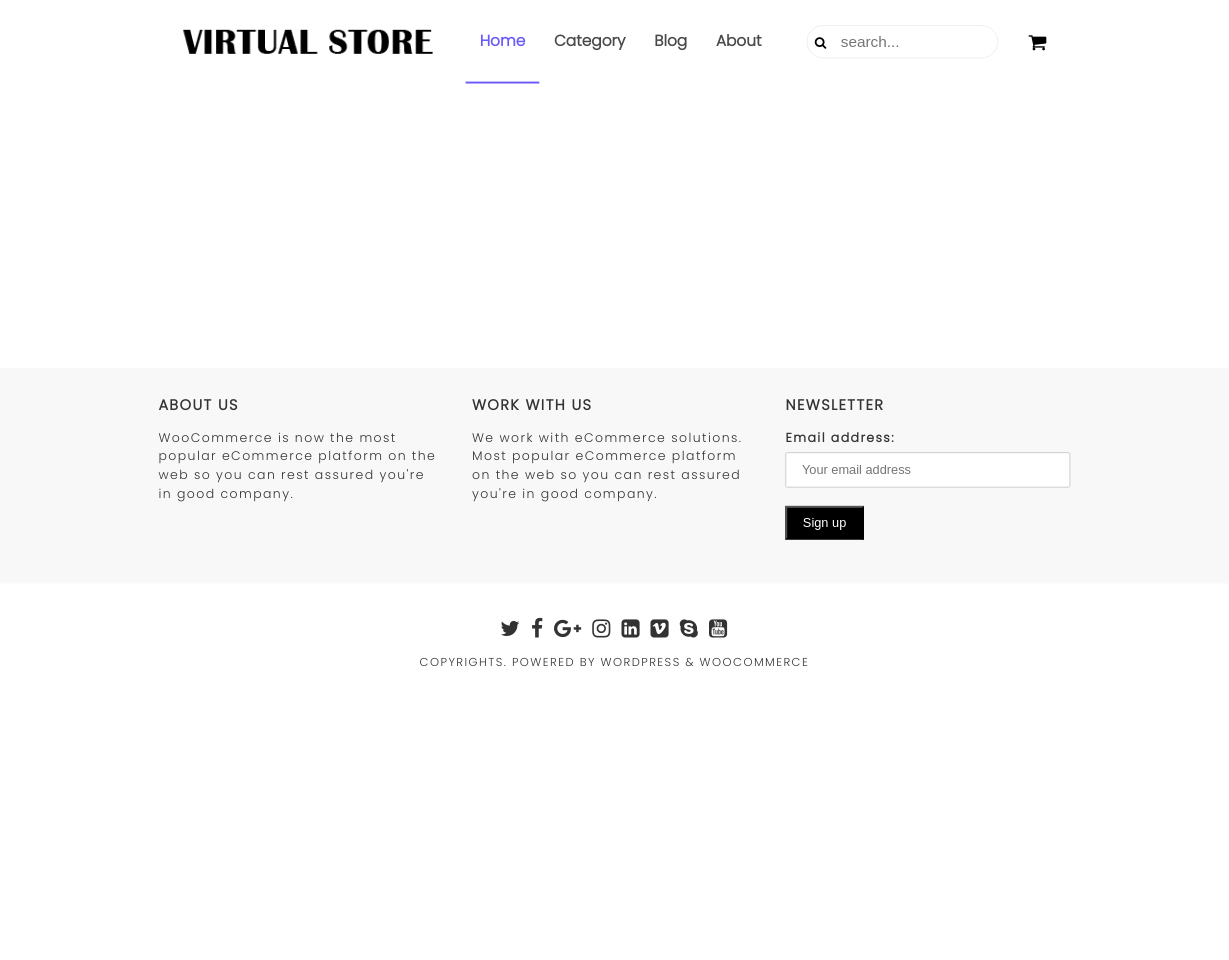
Repository: dungle03/tke_web_nhom_15
Page: index.html
The author's editor kept a copy of each file at every save. The page is drawn from the files as they stood at one save, then again after the next save.
The browser window is 1280 px wide. The pictures show the whole page, at 96% of full size.

Above is the page before, as saved 2022-09-13 03:03:42.
Not found: resest.css

### index.html
<!DOCTYPE html>
<html lang="en">
<head>
    <meta charset="UTF-8">
    <meta http-equiv="X-UA-Compatible" content="IE=edge">
    <meta name="viewport" content="width=device-width, initial-scale=1.0">
    <title>Home</title>
    <link
    rel="stylesheet"
    href="https://cdnjs.cloudflare.com/ajax/libs/font-awesome/4.7.0/css/font-awesome.min.css"
    integrity="sha512-SfTiTlX6kk+qitfevl/7LibUOeJWlt9rbyDn92a1DqWOw9vWG2MFoays0sgObmWazO5BQPiFucnnEAjpAB+/Sw=="
    crossorigin="anonymous"
  />
  <link href="https://fonts.googleapis.com/css2?family=Poppins:wght@300&display=swap" rel="stylesheet">
    <link rel="stylesheet" href="./resest.css">
    <link rel="stylesheet" href="./CSS/header.css">
    <link rel="stylesheet"  href="./CSS/footer.css">
</head>
<body>
    <div class="main-header">
        <div class="header">
            <div class="logo">
                <img src="./IMG/logo.png" alt="img">
            </div>
            <ul class="navi">
                <li class="item active"><a href="#" class="home">Home</a>
                </li>
                <ul class="item"><a href="#" class="category">Category</a>
                </ul>
                <li class="item"><a href="#" class="blog">Blog</a>
                </li>
                <li class="item"><a href="#" class="about">About</a>
                </li>
            </ul>
            <div class="wrap-search">
                <i class="fa fa-search icon-search"></i>
                <input type="text" class="input-search" placeholder="search...">
            </div>
            <i class="fa fa-shopping-cart icon-cart"></i>
        </div>
    </div>
    <!-- /////////////////////////////////////// -->
        <div class="footer">
            <div class="main-foot">
                <div class="container">
                    <div class="foot-col">
                        <h3 class="footer-title">ABOUT US</h3>
                        <div class="textwidget">WooCommerce is now the most popular eCommerce platform on the web so you can rest assured you're in good company.</div>
                    </div>
                    <div class="foot-col">
                        <h3 class="footer-title">WORK WITH US</h3>
                        <div class="textwidget">We work with eCommerce solutions. Most popular eCommerce platform on the web so you can rest assured you're in good company.</div>
                    </div>
                    <div class="foot-col">
                        <h3 class="footer-title">NEWSLETTER</h3>
                        <form class="newsletter">
                            <p>
                                <label for="EMAIL" class="label-email">Email address:</label>
                                <input type="email" class="input-email" name="EMAIL" placeholder="Your email address" required="">
                            </p>
                            <p>
                                <input type="submit" class="btn-submit" value="Sign up">
                            </p>
                        </form>
                    </div>
                </div>
            </div>
            <div class="bottom-foot">
                <div class="container">
                    <div class="foot-socials">
                        <ul>
                            <li><a href=""></a><i class="fa fa-twitter"></i></li>
                            <li><a href=""></a><i class="fa fa-facebook"></i></li>
                            <li><a href=""></a><i class="fa fa-google-plus"></i></li>
                            <li><a href=""></a><i class="fa fa-instagram"></i></li>
                            <li><a href=""></a><i class="fa fa-linkedin-square"></i></li>
                            <li><a href=""></a><i class="fa fa-vimeo-square"></i></li>
                            <li><a href=""></a><i class="fa fa-skype"></i></li>
                            <li><a href=""></a><i class="fa fa-youtube-square"></i></li>
                        </ul>
                        <p class="credits">Copyrights. Powered by WordPress &amp; WooCommerce</p>
                    </div>
                </div>
            </div>
        </div>
    </body>
    </html>

### CSS/header.css
html {
    font-family: "Poppins", sans-serif;
    box-sizing: border-box;
    font-size: 62.5%;

  }
  * {
    margin: 0;
    padding: 0;
  }
  *,
  *:before,
  *:after {
    box-sizing: border-box;
  }
  input,
  textarea,
  select,
  button {
    outline: none;
  }
  input {
    line-height: normal;
  }
  label,
  button {
    cursor: pointer;
  }
  a {
    text-decoration: none;
  }
  img {
    display: block;
    max-width: 100%;
  }
  body{
    height: 1000px;
  }
/* /////////// HEADER  /////////// */
.main-header{
  width: 100%;
  position: fixed;
  top: 0;
  left: 0;
  background-color: white;
  /* background-color: aqua; */
}
.header{
    width: 100%;
    padding:0 190px ;
    display: flex;
    align-items: center;
    justify-content: space-between;
}
  .logo{

}
.navi{
    display: flex;
    width: max-content;
}
.navi a{
  color: #4a4a4a;;

}
.navi .item{
  list-style-type: none;
    /* width: max-content; */
    white-space: nowrap;
    padding:  30px 15px;
    cursor: pointer;
    color: #999;
    font-weight: 600;
    flex: 1;
    display: flex;
    align-items: center;
    justify-content: center;
    border-radius: inherit;
    border-bottom: 2px solid white;
}

.wrap-search{
  position: relative;
}
.icon-search{
  position: absolute;
  top: 50%;
  left: 15px;
  transform: translate(-50%,-50%);
  font-size: 13px;
}
.input-search{
  width: 200px;
  height: 35px;
  padding-left: 35px;
  border-radius: 20px;
  border: 1px solid #eee;
  font-size: 16px;
}

.icon-cart{
  font-size: 20px;
}
.navi .item.active a{
  color: #6a5af9;
}

.navi .item:hover{
    color: #6a5af9;
  border-bottom-color: currentColor;
}

.navi .item.active{
  border-bottom-color: #6a5af9;
}

/* FORTER */
.footer{
  position: absolute;
  bottom: 0px;
}
.main-foot{
  background-color:
#f8f8f8;
background-position:
0px 0px;
color:#333333;
font-size:13px;
letter-spacing:1.5px;
line-height:19.6px;
padding:15px 0px 28px 0px;
}

.main-foot .container{
  display: flex;
  padding: 0 150px;
}

.main-foot .container .foot-col{
  display: inline-block;
  width: calc(100% / 3);
  padding:
0px 15px;
}


.main-foot .container .foot-col:first-child, .foot-col:nth-child(2){
  color:
#333333;
letter-spacing:
1.5px;
line-height:
19.6px;
padding:
0px 15px;
}
.footer-title{
  margin: 14px 0;
}

.newsletter{
  color:
#333333;
font-size:
13px;
letter-spacing:
1.5px;
line-height:
19.6px;
}
.label-email{
  font-weight: 700;
  margin-bottom: 6px;
  display: block;
}
.input-email{
  width: 100%;
  background-color:
#ffffff;
background-position:
0px 0px;
border-color:
#cccccc;
border-radius:
2px;
border-style:
solid;
border-width:
1px;
color:
#555555;
font-family:
Arial;
font-size:
13.3333px;
line-height:
19.0476px;
margin:
0px 0px 5px;
padding:
8px 16px;
}
.btn-submit{
  margin: 14px 0px 18px 0px;
  display: inline-block;
  padding: 8px 16px;
  background-color: black;
  color: white;
}

/* /////// */
.bottom-foot{
  background-color:
#ffffff;
background-position:
0px 0px;
color:
#333333;
font-size:
14px;
letter-spacing:
1.5px;
line-height:
19.6px;
padding:
20px 0px;
text-align:
center;
text-transform:
uppercase;
}
li{

  list-style-type: none;
}
.bottom-foot .container{
  margin: 0 auto;
    width: 1180px;
}
.foot-socials ul{
  display: flex;
  width: max-content;
  margin: 15px auto;
}
.foot-socials ul li {
  font-size: 22px;
  margin: 0 5px;
}
.credits{
  font-size: 12px;
}

### CSS/footer.css
html {
    font-family: "Poppins", sans-serif;
    box-sizing: border-box;
    font-size: 16px;

  }
  * {
    margin: 0;
    padding: 0;
  }
  *,
  *:before,
  *:after {
    box-sizing: border-box;
  }
  input,
  textarea,
  select,
  button {
    outline: none;
  }
  input {
    line-height: normal;
  }
  label,
  button {
    cursor: pointer;
  }
  a {
    text-decoration: none;
  }
  img {
    display: block;
    max-width: 100%;
  }

After the next save:
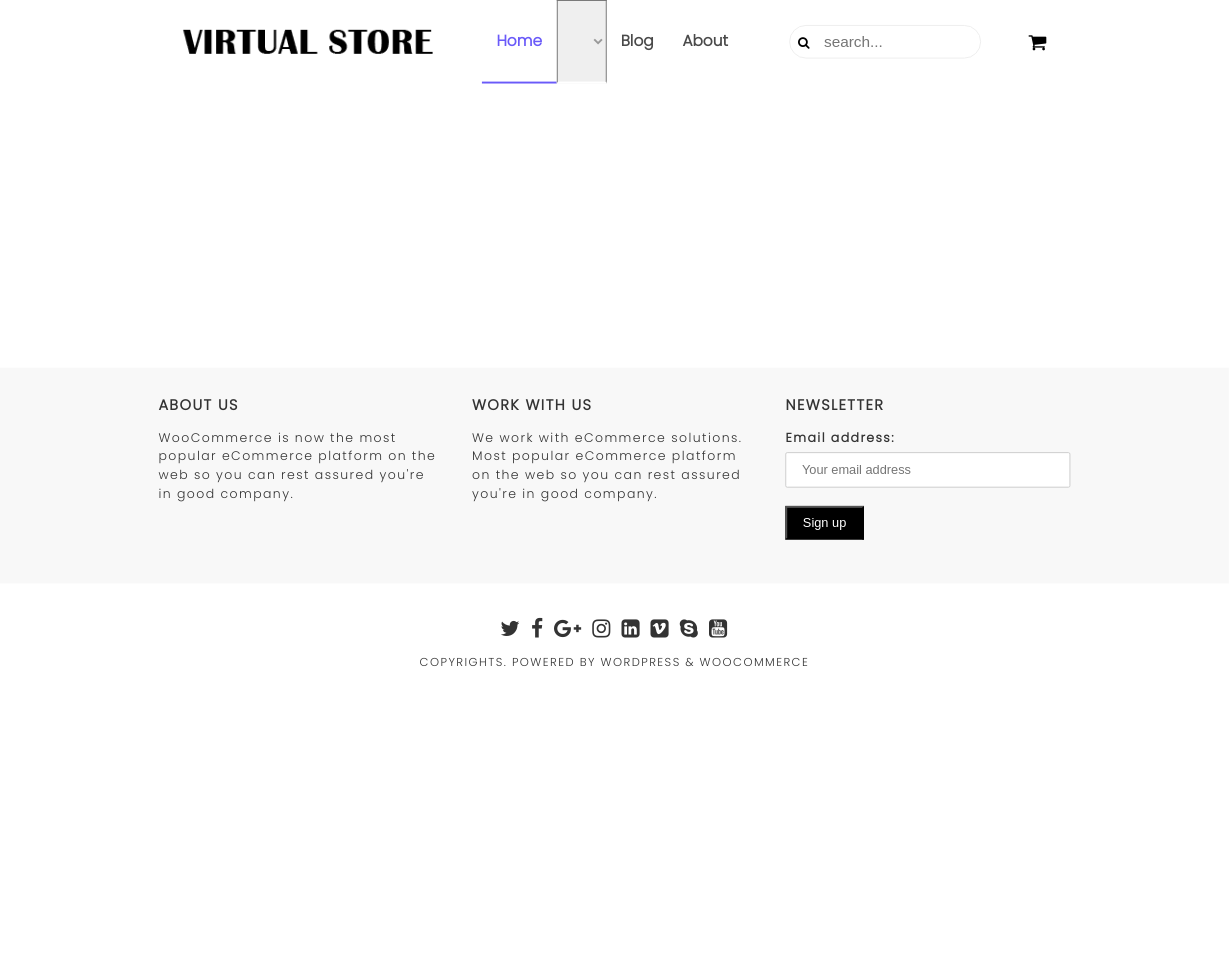
Saved 56 s later.
--- a/index.html
+++ b/index.html
@@ -25,8 +25,8 @@
             <ul class="navi">
                 <li class="item active"><a href="#" class="home">Home</a>
                 </li>
-                <ul class="item"><a href="#" class="category">Category</a>
-                </ul>
+                <select class="item">Category
+                </select>
                 <li class="item"><a href="#" class="blog">Blog</a>
                 </li>
                 <li class="item"><a href="#" class="about">About</a>

After the save that followed:
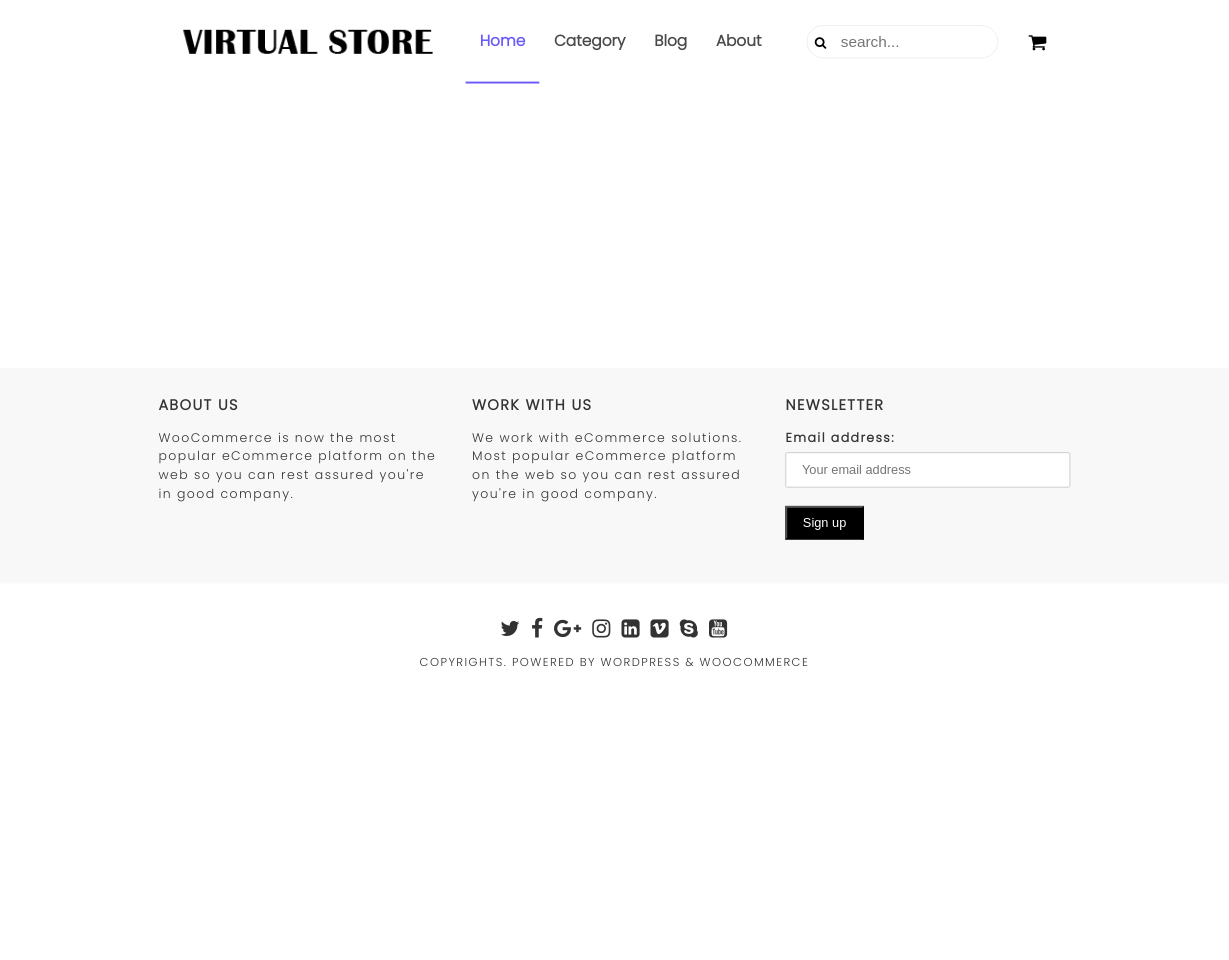
Saved 22 s later.
--- a/index.html
+++ b/index.html
@@ -25,8 +25,8 @@
             <ul class="navi">
                 <li class="item active"><a href="#" class="home">Home</a>
                 </li>
-                <select class="item">Category
-                </select>
+                <ul class="item"><a href="#" class="category">Category</a>
+                </ul>
                 <li class="item"><a href="#" class="blog">Blog</a>
                 </li>
                 <li class="item"><a href="#" class="about">About</a>
